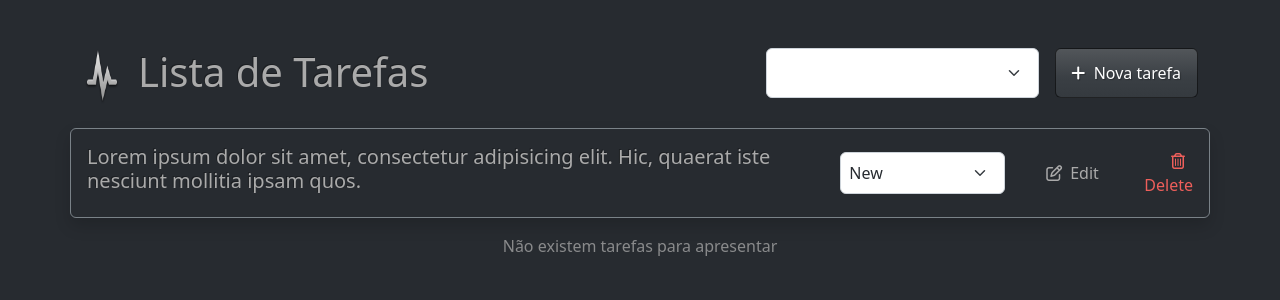
Repository: cargugati/lista_tarefas
Page: frontEnd/index.html
These files come from the project's save history. The page is drawn as it stood at one moment and after the next save; the edit follows.
The browser window is 1280 px wide. The pictures show the whole page.

Above is the page before, as saved 2023-03-18 22:59:43.

After the next save:
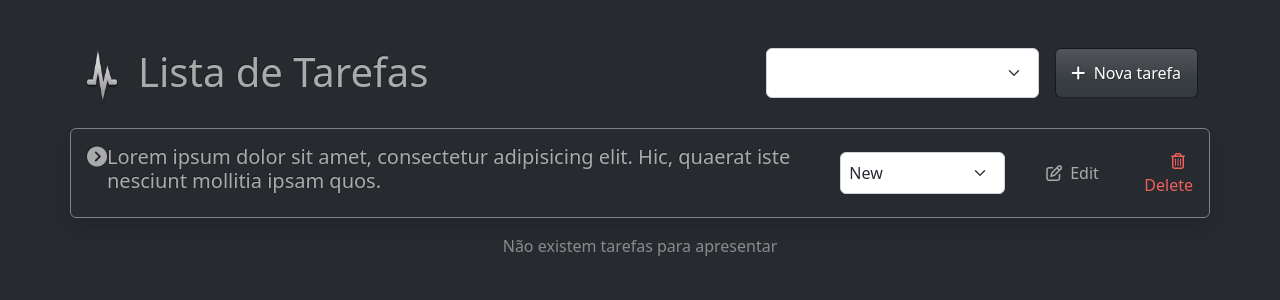
Saved 5 s later.
--- a/frontEnd/index.html
+++ b/frontEnd/index.html
@@ -40,7 +40,7 @@
         <div class="row align-items-center">
           <div class="col-8">
             <div class="d-flex">
-              <h5> <i class="fa-solid fa-circle-ch"></i> </h5>
+              <h5> <i class="fa-solid fa-circle-chevron-right"></i> </h5>
               <h5>
                 Lorem ipsum dolor sit amet, consectetur adipisicing elit. Hic, quaerat iste nesciunt mollitia ipsam
                 quos.
